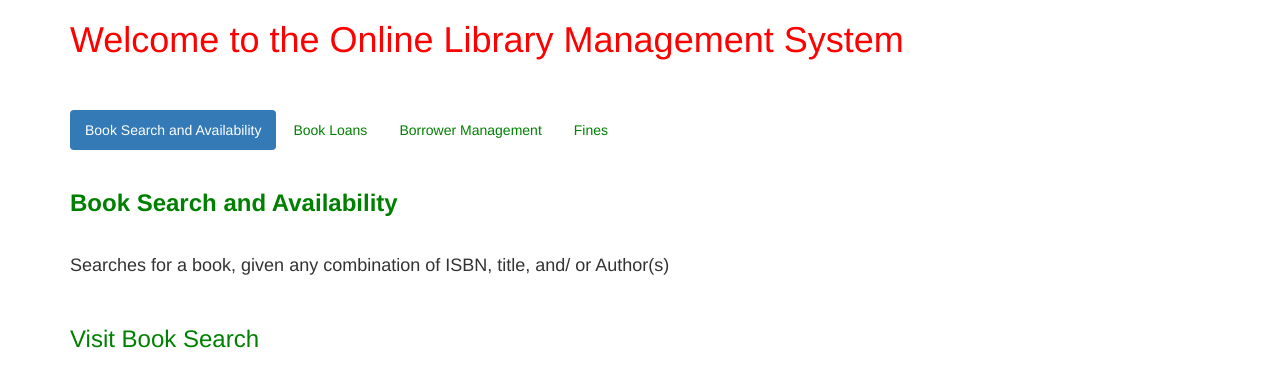
Repository: ApurvaMithal/LibraryManagementSystem
Page: http://localhost/LibraryManagementSystem/
An editor plug-in stored every save of this project. The page is shown before and after the next save, followed by the edit.
The browser window is 1280 px wide. The pictures show the whole page.
The page is served by Tomcat 9.

Above is the page before, as saved 2018-03-03 01:47:32.

After the next save:
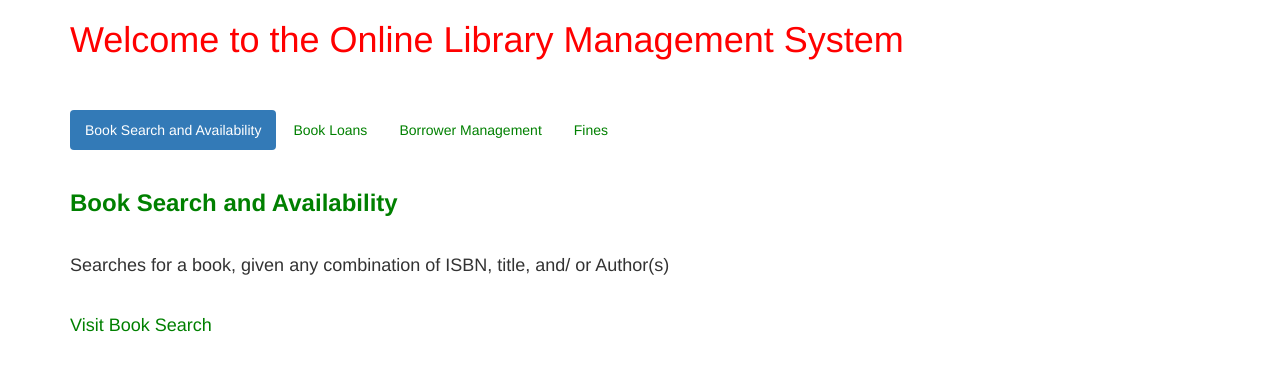
Saved 53 s later.
--- a/eclipse/LibraryManagementSystem/WebContent/index.jsp
+++ b/eclipse/LibraryManagementSystem/WebContent/index.jsp
@@ -50,7 +50,7 @@ a:active {
 				<h3><font color = "green"><strong>Book Search and Availability</strong></font></h3></br>
 				<h4>Searches for a book, given any combination of ISBN, title, and/
 				or Author(s)</h4></br>
-				<h3><a href="BookSearch.jsp" target="_blank">Visit Book Search</a> </h3>
+				<h4><a href="BookSearch.jsp" target="_blank">Visit Book Search</a> </h4>
 
 				</div>
 			<div id="BookLoans" class="tab-pane fade">
